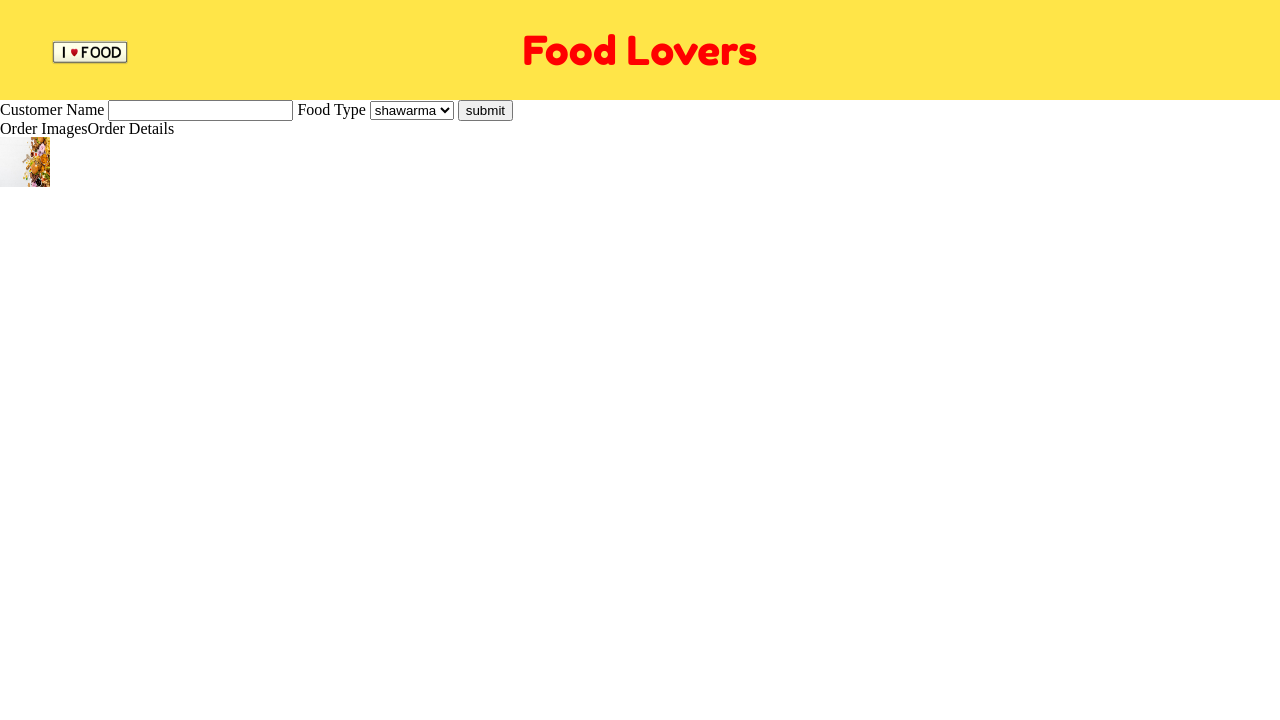
Repository: Razan-am/foodLovers
Page: index.html
These files come from the project's save history. The page is drawn as it stood at one moment and after the next save; the edit follows.
The browser window is 1280 px wide. The pictures show the whole page.

Above is the page before, as saved 2021-06-01 11:02:01.

After the next save:
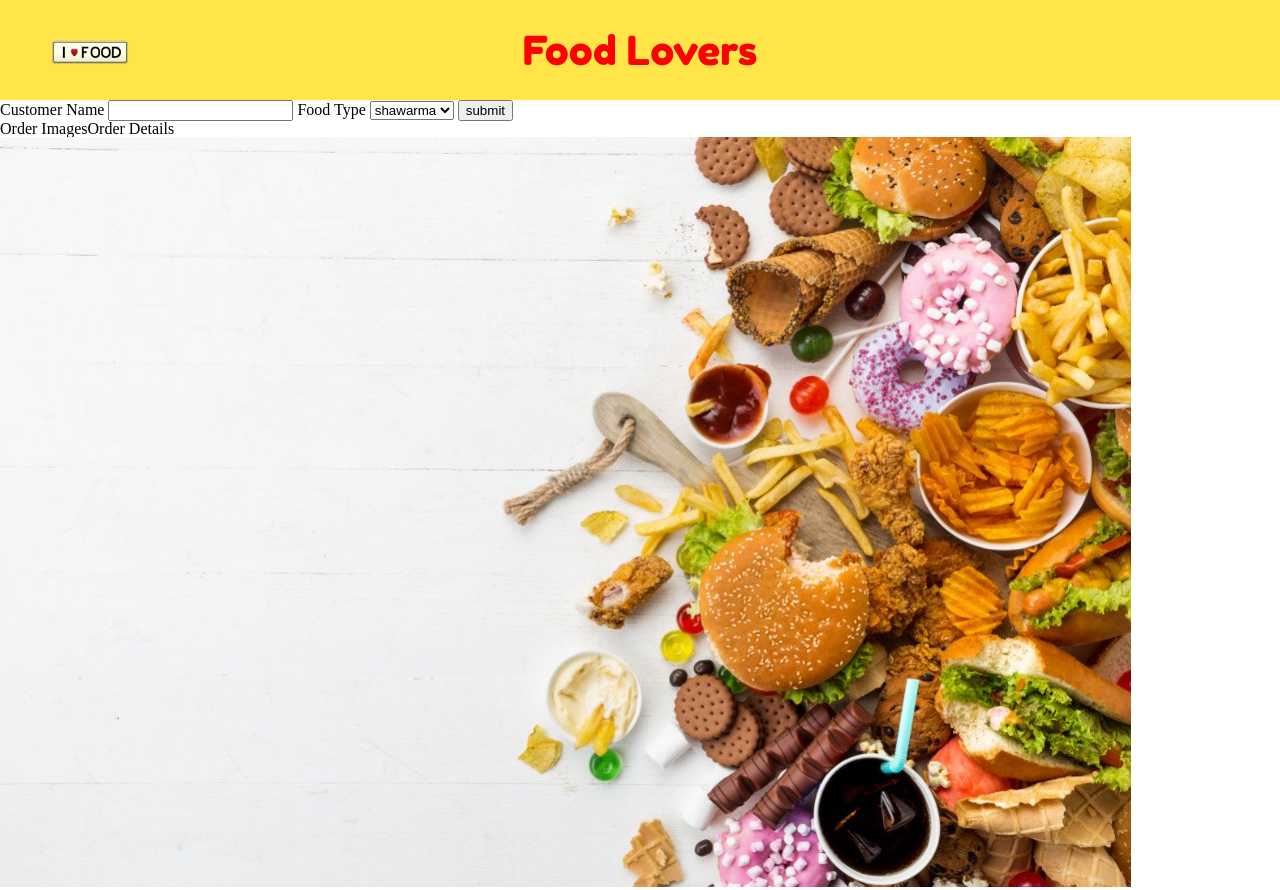
Saved 20 s later.
--- a/css/style.css
+++ b/css/style.css
@@ -22,7 +22,7 @@ header img{
     height: 100px;
 }
 
-img{
+table img{
     width: 50px;
     height: 50px;
 }
